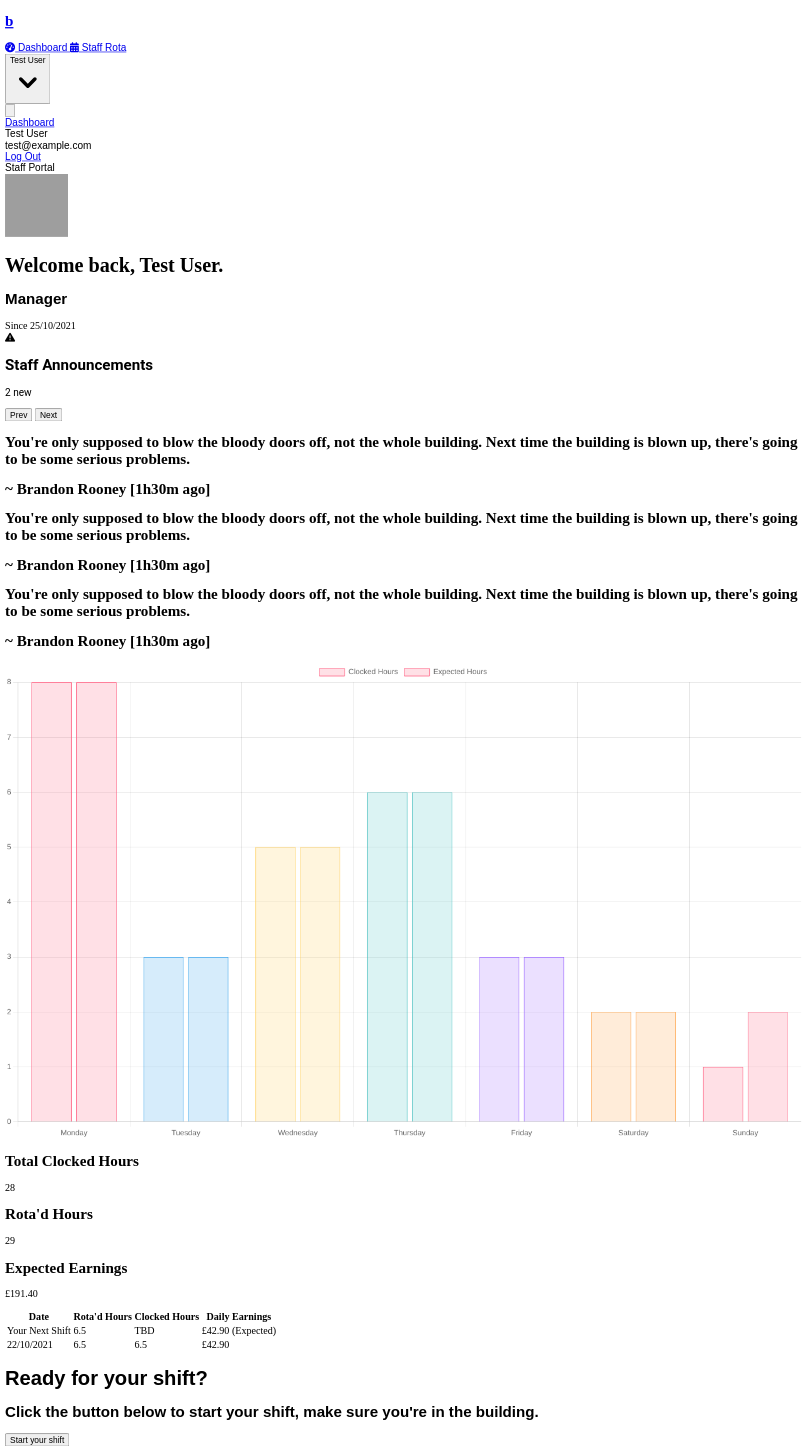
Repository: SimplyBrandon/blue-lounge
Page: http://localhost/dashboard
The author's editor kept a copy of each file at every save. The page is drawn from the files as they stood at one save, then again after the next save.
The browser window is 1280 px wide. The pictures show the whole page, at 63% of full size.
Pictures or frames that could not be fetched are drawn as grey boxes. Some web libraries are served in a nearby version. The page is served by the project's Laravel application, run on PHP 8.4 with Laravel 8. A made-up administrator, Test User (test@example.com), is signed in. Other server files are loaded and not shown.

Above is the page before, as saved 2021-10-25 21:27:47.

### routes/web.php
<?php

use Illuminate\Support\Facades\Route;

/*
|--------------------------------------------------------------------------
| Web Routes
|--------------------------------------------------------------------------
|
| Here is where you can register web routes for your application. These
| routes are loaded by the RouteServiceProvider within a group which
| contains the "web" middleware group. Now create something great!
|
*/

Route::get('/', function () {
    return view('welcome');
})->name('welcome');

Route::get('/dashboard', function () {
    return view('dashboard');
})->middleware(['auth'])->name('dashboard');

Route::get('/rota', function(){
    return view('staff.rota');
})->middleware(['auth'])->name('rota');

require __DIR__.'/auth.php';

### resources/views/dashboard.blade.php
@extends('layouts.app')

@section('content')
    <div class="flex flex-col max-w-7xl mx-auto px-4 pt-12 sm:px-6 lg:px-8">
        <div class="flex items-center">
            <img style="height: 100px; width: 100px" class="rounded-full" src="https://scontent-lcy1-2.xx.fbcdn.net/v/t1.6435-9/84535118_2234335966869824_9114908075222892544_n.jpg?_nc_cat=109&ccb=1-5&_nc_sid=174925&_nc_ohc=PrEuIakgkSUAX-vH-My&_nc_oc=AQl756Ga_89dfl1ea04bhESo-M_UvA54eUZ44fY09oV9l0hgbeK2ZOpLk8ZycNZk9_Q&_nc_ht=scontent-lcy1-2.xx&oh=06b37e2e49cc5251256a60e1cdaee3e6&oe=619D74C0"/>
            <div class="flex flex-col ml-10">
                <h1 class="text-3xl text-white">Welcome back, <strong>{{ Auth::user()->name }}</strong>.</h1>
                <h2 class="text-red-400 text-xl mt-1 tracking-wider" style="font-family: 'Quicksand', sans-serif">Manager</h2>
                <span class="text-sm text-gray-300">Since 25/10/2021</span>
            </div>
        </div>

    </div>
    <div class="flex items-start max-w-7xl mx-auto mt-10 px-4 sm:px-6 lg:px-8">
        <div class="flex flex-col flex-grow mr-10">
            <div class="flex flex-col bg-black bg-opacity-30 rounded-md mb-8 shadow-md">
                <div class="flex items-center w-full px-6 py-4 text-white text-sm font-semibold uppercase tracking-wider" style="font-family: 'Roboto', sans-serif">
                    <div class="flex items-center">
                        <i class="fa fa-exclamation-triangle mr-3"></i>
                        <h2>Staff Announcements</h2>
                    </div>
                    <div class="flex items-center ml-auto">
                        <p class="bg-red-400 text-white px-4 py-1 text-xs rounded-md mr-5">2 new</p>
                        <button type="button" id="prev-announcement" class="mr-3 uppercase font-semibold" prev-announcement>Prev</button>
                        <button type="button" id="next-announcement" class="uppercase font-semibold text-gray-500">Next</button>
                    </div>
                </div>
                <div class="flex flex-nowrap overflow-x-auto no-scrollbar" id="staff-announcements">
                    <div class="flex flex-col bg-white bg-opacity-5 rounded-b-md w-full flex-shrink-0">
                        <h2 class="text-white px-6 py-3">You're only supposed to blow the bloody doors off, not the whole building. Next time the building is blown up, there's going to be some serious problems.</h2>
                        <h2 class="text-gray-300 italic font-semibold px-6 pb-3">~ Brandon Rooney <span class="text-xs text-gray-50">[1h30m ago]</span></h2>
                    </div>
                    <div class="flex flex-col bg-white bg-opacity-5 rounded-b-md w-full flex-shrink-0">
                        <h2 class="text-white px-6 py-3">You're only supposed to blow the bloody doors off, not the whole building. Next time the building is blown up, there's going to be some serious problems.</h2>
                        <h2 class="text-gray-300 italic font-semibold px-6 pb-3">~ Brandon Rooney <span class="text-xs text-gray-50">[1h30m ago]</span></h2>
                    </div>
                    <div class="flex flex-col bg-white bg-opacity-5 rounded-b-md w-full flex-shrink-0">
                        <h2 class="text-white px-6 py-3">You're only supposed to blow the bloody doors off, not the whole building. Next time the building is blown up, there's going to be some serious problems.</h2>
                        <h2 class="text-gray-300 italic font-semibold px-6 pb-3">~ Brandon Rooney <span class="text-xs text-gray-50">[1h30m ago]</span></h2>
                    </div>
                </div>
            </div>

            <div class="flex flex-col w-full bg-white bg-opacity-5 rounded-md shadow-md p-10">
                <canvas id="myChart" width="400" height="240"></canvas>
                <div class="flex items-center mt-8 pb-4 border-b-2 border-white border-opacity-5">
                    <div class="flex flex-col w-1/3">
                        <h2 class="text-gray-300 text-sm">Total Clocked Hours</h2>
                        <p class="text-white font-bold text-3xl">28</p>
                    </div>
                    <div class="flex flex-col w-1/3 text-center">
                        <h2 class="text-gray-300 text-sm">Rota'd Hours</h2>
                        <p class="text-white font-bold text-3xl">29</p>
                    </div>
                    <div class="flex flex-col w-1/3 text-right">
                        <h2 class="text-gray-300 text-sm">Expected Earnings</h2>
                        <p class="text-white font-bold text-3xl">£191.40</p>
                    </div>
                </div>
                <div class="flex flex-col w-full">
                    <table class="w-full">
                        <thead class="border-b-2 border-opacity-5 border-white">
                            <tr>
                                <th class="text-left text-white py-3">Date</th>
                                <th class="text-left text-white py-3">Rota'd Hours</th>
                                <th class="text-right text-white py-3">Clocked Hours</th>
                                <th class="text-white py-3 text-right">Daily Earnings</th>
                            </tr>
                        </thead>
                        <tbody>
                            <tr class="font-semibold">
                                <td class="text-left text-white py-3 uppercase text-sm">Your Next Shift</td>
                                <td class="text-left text-white py-3">6.5</td>
                                <td class="text-right text-white py-3">TBD</td>
                                <td class="text-right text-white py-3">£42.90 (Expected)</td>
                            </tr>
                            <tr>
                                <td class="text-left text-gray-400 py-3">22/10/2021</td>
                                <td class="text-left text-gray-400 py-3">6.5</td>
                                <td class="text-right text-gray-400 py-3">6.5</td>
                                <td class="text-right text-gray-400 py-3">£42.90</td>
                            </tr>
                        </tbody>
                    </table>
                </div>
            </div>
        </div>
        <div class="flex flex-col" style="min-width: 340px;">
            <div class="flex flex-col bg-blue-400 rounded-md bg-opacity-20 justify-center p-10" style="font-family: 'Quicksand', sans-serif">
                <h1 class="font-semibold text-2xl text-white tracking-wider" style="font-family: 'Bebas Neue', sans-serif">Ready for your shift?</h1>
                <h2 class="text-gray-300 text-justify text-sm mt-2">Click the button below to start your shift, make sure you're in the building.</h2>

                <button type="button" class="bg-blue-400 hover:bg-blue-500 w-full mt-10 py-3 text-white text-sm uppercase font-semibold tracking-wide rounded-md shadow-md transition ease duration-200">Start your shift</button>
            </div>
        </div>
    </div>

    <script>
        $(document).ready(function(){
            let staffAnnouncements = $('#staff-announcements');
            staffAnnouncements.animate({
                scrollLeft: staffAnnouncements.get(0).scrollWidth
            }, 0);

            $('#next-announcement:not(.disabled)').on('click', function(){
                var leftPos = staffAnnouncements.scrollLeft();
                var announcementWidth = staffAnnouncements.find('.bg-white').width();

                let newPos = leftPos + announcementWidth;

                staffAnnouncements.stop().animate({
                    scrollLeft: newPos + 'px'
                }, 100);

                if(leftPos + announcementWidth > 0){
                    $('#prev-announcement').removeClass('disabled text-gray-500');
                }

                if(newPos + announcementWidth >= staffAnnouncements.get(0).scrollWidth){
                    $(this).addClass('disabled text-gray-500');
                }
            });

            $('#prev-announcement:not(.disabled)').on('click', function(){
                var leftPos = staffAnnouncements.scrollLeft();
                var announcementWidth = staffAnnouncements.find('.bg-white').width();

                let newPos = leftPos - announcementWidth;

                staffAnnouncements.stop().animate({
                    scrollLeft: newPos + 'px'
                }, 100);

                if(leftPos < staffAnnouncements.get(0).scrollWidth){
                    $('#next-announcement').removeClass('disabled text-gray-500');
                }

                if(leftPos - announcementWidth <= 0){
                    $(this).addClass('disabled text-gray-500');
                }
            });
        });


        var ctx = document.getElementById('myChart').getContext('2d');
        var myChart = new Chart(ctx, {
            type: 'bar',
            data: {
                labels: ['Monday', 'Tuesday', 'Wednesday', 'Thursday', 'Friday', 'Saturday', 'Sunday'],
                datasets: [{
                    label: 'Clocked Hours',
                    data: [8, 3, 5, 6, 3, 2, 1],
                    backgroundColor: [
                        'rgba(255, 99, 132, 0.2)',
                        'rgba(54, 162, 235, 0.2)',
                        'rgba(255, 206, 86, 0.2)',
                        'rgba(75, 192, 192, 0.2)',
                        'rgba(153, 102, 255, 0.2)',
                        'rgba(255, 159, 64, 0.2)'
                    ],
                    borderColor: [
                        'rgba(255, 99, 132, 1)',
                        'rgba(54, 162, 235, 1)',
                        'rgba(255, 206, 86, 1)',
                        'rgba(75, 192, 192, 1)',
                        'rgba(153, 102, 255, 1)',
                        'rgba(255, 159, 64, 1)'
                    ],
                    borderWidth: 1
                }, {
                    label: 'Expected Hours',
                    data: [8, 3, 5, 6, 3, 2, 2],
                    backgroundColor: [
                        'rgba(255, 99, 132, 0.2)',
                        'rgba(54, 162, 235, 0.2)',
                        'rgba(255, 206, 86, 0.2)',
                        'rgba(75, 192, 192, 0.2)',
                        'rgba(153, 102, 255, 0.2)',
                        'rgba(255, 159, 64, 0.2)'
                    ],
                    borderColor: [
                        'rgba(255, 99, 132, 1)',
                        'rgba(54, 162, 235, 1)',
                        'rgba(255, 206, 86, 1)',
                        'rgba(75, 192, 192, 1)',
                        'rgba(153, 102, 255, 1)',
                        'rgba(255, 159, 64, 1)'
                    ],
                    borderWidth: 1
                }]
            },
            options: {
                scales: {
                    y: {
                        beginAtZero: true
                    }
                }
            }
        });
    </script>
@endsection

### resources/views/layouts/app.blade.php
<!DOCTYPE html>
<html lang="{{ str_replace('_', '-', app()->getLocale()) }}">
    <head>
        <meta charset="utf-8">
        <meta name="viewport" content="width=device-width, initial-scale=1">
        <meta name="csrf-token" content="{{ csrf_token() }}">

        <title>{{ config('app.name', 'Laravel') }}</title>

        <!-- Fonts -->
        <link rel="stylesheet" href="https://fonts.googleapis.com/css2?family=Nunito:wght@400;600;700&display=swap">

        <!-- Styles -->
        <link rel="stylesheet" href="{{ asset('css/app.css') }}">
        @yield('styles')

        <!-- Scripts -->
        <script src="https://code.jquery.com/jquery-3.6.0.min.js" integrity="sha256-/xUj+3OJU5yExlq6GSYGSHk7tPXikynS7ogEvDej/m4=" crossorigin="anonymous"></script>
        <script src="{{ asset('js/app.js') }}" defer></script>
        <script type="text/javascript" src="https://cdn.jsdelivr.net/npm/chart.js@3.5.1/dist/chart.min.js"></script>
    </head>
    <body class="font-sans antialiased">
        <div class="min-h-screen bg-gray-900">
            @include('layouts.navigation')

            <!-- Page Heading -->
            <header class="pt-14 bg-gray-800 shadow">
                <div class="max-w-7xl mx-auto py-6 px-4 sm:px-6 lg:px-8 tracking-wide text-white text-2xl font-semibold" style="font-family: 'Quicksand', sans-serif">
                    @if(request()->routeIs('rota'))
                        {{ __('Staff Rota') }}
                    @elseif(request()->routeIs('dashboard'))
                        {{ __('Staff Portal') }}
                    @endif
                </div>
            </header>

            <!-- Page Content -->
            <main>
                @yield('content')
            </main>
        </div>

        <script type="text/javascript" src="{{ asset('js/parallax.min.js') }}"></script>
        <script src="https://kit.fontawesome.com/69ebd03f48.js" crossorigin="anonymous"></script>
        @yield('scripts')
    </body>
</html>

### resources/views/layouts/navigation.blade.php
<nav x-data="{ open: false }" class="bg-gray-800 border-b border-gray-900 fixed w-full" style="font-family: 'Quicksand', sans-serif">
    <!-- Primary Navigation Menu -->
    <div class="max-w-7xl mx-auto px-4 sm:px-6 lg:px-8">
        <div class="flex justify-between h-16">
            <div class="flex">
                <!-- Logo -->
                <div class="flex-shrink-0 flex items-center">
                    <a href="{{ route('dashboard') }}">
                        <h2 class="font-semibold text-blue-400 text-4xl" style="font-family: 'Righteous', cursive">b</h2>
                    </a>
                </div>

                <!-- Navigation Links -->
                <div class="hidden space-x-8 sm:-my-px sm:ml-10 sm:flex">
                    <x-nav-link :href="route('dashboard')" :active="request()->routeIs('dashboard')">
                        <i class="fa fa-tachometer mr-3"></i> {{ __('Dashboard') }}
                    </x-nav-link>
                    <x-nav-link :href="route('rota')" :active="request()->routeIs('rota')">
                        <i class="fa fa-calendar mr-3"></i> {{ __('Staff Rota') }}
                    </x-nav-link>
                </div>
            </div>

            <!-- Settings Dropdown -->
            <div class="hidden sm:flex sm:items-center sm:ml-6">
                <x-dropdown align="right" width="48">
                    <x-slot name="trigger">
                        <button class="flex items-center text-sm font-medium text-white hover:text-blue-400 hover:border-gray-300 focus:outline-none focus:text-blue-300 focus:border-gray-300 transition duration-150 ease-in-out">
                            <div>{{ Auth::user()->name }}</div>

                            <div class="ml-1">
                                <svg class="fill-current h-4 w-4" xmlns="http://www.w3.org/2000/svg" viewBox="0 0 20 20">
                                    <path fill-rule="evenodd" d="M5.293 7.293a1 1 0 011.414 0L10 10.586l3.293-3.293a1 1 0 111.414 1.414l-4 4a1 1 0 01-1.414 0l-4-4a1 1 0 010-1.414z" clip-rule="evenodd" />
                                </svg>
                            </div>
                        </button>
                    </x-slot>

                    <x-slot name="content">
                        <x-dropdown-link :href="route('welcome')">{{ __('Account Settings') }}</x-dropdown-link>
                        <div class="w-full h-px bg-gray-800"></div>
                        <form method="POST" action="{{ route('logout') }}">@csrf
                            <x-dropdown-link :href="route('logout')" onclick="event.preventDefault(); this.closest('form').submit();">
                                {{ __('Log Out') }}
                            </x-dropdown-link>
                        </form>
                    </x-slot>
                </x-dropdown>
            </div>

            <!-- Hamburger -->
            <div class="-mr-2 flex items-center sm:hidden">
                <button @click="open = ! open" class="inline-flex items-center justify-center p-2 rounded-md text-gray-400 hover:text-gray-500 hover:bg-gray-100 focus:outline-none focus:bg-gray-100 focus:text-gray-500 transition duration-150 ease-in-out">
                    <svg class="h-6 w-6" stroke="currentColor" fill="none" viewBox="0 0 24 24">
                        <path :class="{'hidden': open, 'inline-flex': ! open }" class="inline-flex" stroke-linecap="round" stroke-linejoin="round" stroke-width="2" d="M4 6h16M4 12h16M4 18h16" />
                        <path :class="{'hidden': ! open, 'inline-flex': open }" class="hidden" stroke-linecap="round" stroke-linejoin="round" stroke-width="2" d="M6 18L18 6M6 6l12 12" />
                    </svg>
                </button>
            </div>
        </div>
    </div>

    <!-- Responsive Navigation Menu -->
    <div :class="{'block': open, 'hidden': ! open}" class="hidden sm:hidden">
        <div class="pt-2 pb-3 space-y-1">
            <x-responsive-nav-link :href="route('dashboard')" :active="request()->routeIs('dashboard')">
                {{ __('Dashboard') }}
            </x-responsive-nav-link>
        </div>

        <!-- Responsive Settings Options -->
        <div class="pt-4 pb-1 border-t border-gray-200">
            <div class="px-4">
                <div class="font-medium text-base text-gray-800">{{ Auth::user()->name }}</div>
                <div class="font-medium text-sm text-gray-500">{{ Auth::user()->email }}</div>
            </div>

            <div class="mt-3 space-y-1">
                <!-- Authentication -->
                <form method="POST" action="{{ route('logout') }}">
                    @csrf

                    <x-responsive-nav-link :href="route('logout')"
                            onclick="event.preventDefault();
                                        this.closest('form').submit();">
                        {{ __('Log Out') }}
                    </x-responsive-nav-link>
                </form>
            </div>
        </div>
    </div>
</nav>

### resources/views/components/nav-link.blade.php
@props(['active'])

@php $classes = ($active ?? false) ? 'inline-flex items-center px-1 pt-1 text-sm font-medium leading-5 text-white focus:outline-none transition duration-150 ease-in-out' : 'inline-flex items-center px-1 pt-1 text-sm font-medium leading-5 text-gray-400 focus:outline-none transition duration-150 ease-in-out hover:text-blue-500'; @endphp

<a {{ $attributes->merge(['class' => $classes]) }}>
    {{ $slot }}
</a>

### resources/views/components/dropdown-link.blade.php
<a {{ $attributes->merge(['class' => 'block px-4 py-2 text-sm leading-5 text-gray-500 focus:outline-none hover:text-blue-400 transition duration-150 ease-in-out']) }}>{{ $slot }}</a>

### resources/views/components/dropdown.blade.php
@props(['align' => 'right', 'width' => '48', 'contentClasses' => 'py-1 bg-white'])

@php
switch ($align) {
    case 'left':
        $alignmentClasses = 'origin-top-left left-0';
        break;
    case 'top':
        $alignmentClasses = 'origin-top';
        break;
    case 'right':
    default:
        $alignmentClasses = 'origin-top-right right-0';
        break;
}

switch ($width) {
    case '48':
        $width = 'w-48';
        break;
}
@endphp

<div class="relative shadow-md" x-data="{ open: false }" @click.away="open = false" @close.stop="open = false">
    <div @click="open = ! open">
        {{ $trigger }}
    </div>

    <div x-show="open"
            x-transition:enter="transition ease-out duration-200"
            x-transition:enter-start="transform opacity-0 scale-95"
            x-transition:enter-end="transform opacity-100 scale-100"
            x-transition:leave="transition ease-in duration-75"
            x-transition:leave-start="transform opacity-100 scale-100"
            x-transition:leave-end="transform opacity-0 scale-95"
            class="absolute z-50 mt-2 {{ $width }} rounded-md shadow-lg {{ $alignmentClasses }}"
            style="display: none;"
            @click="open = false">
        <div class="bg-gray-900 border-gray-800 rounded-md ring-1 {{ $contentClasses }}">
            {{ $content }}
        </div>
    </div>
</div>

Loaded but not shown: routes/auth.php (common file); app/Models/User.php (common file); resources/views/components/responsive-nav-link.blade.php (common file); public/js/parallax.min.js (library); public/js/app.js (library)

After the next save:
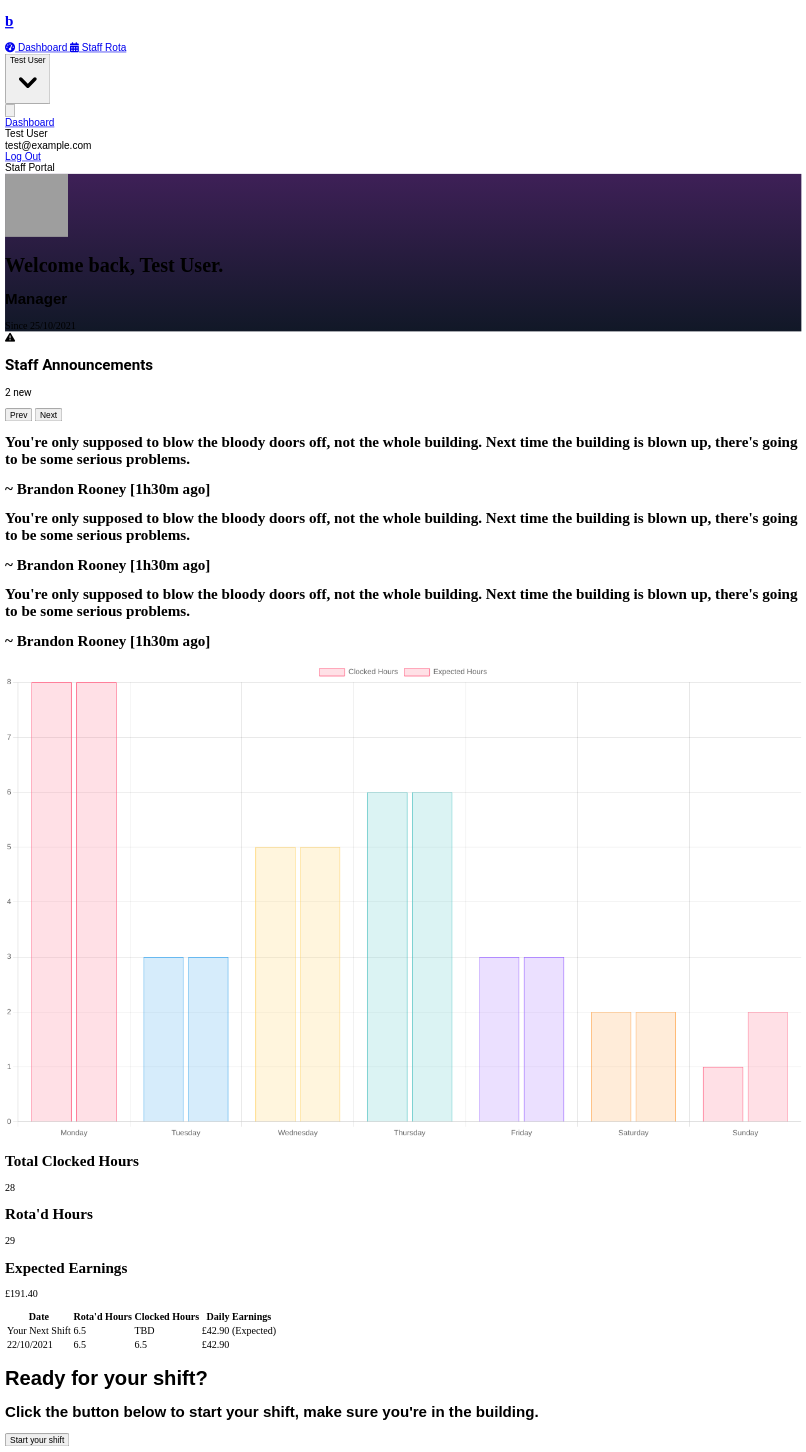
Saved 83 s later.
--- a/resources/views/dashboard.blade.php
+++ b/resources/views/dashboard.blade.php
@@ -2,7 +2,8 @@
 
 @section('content')
     <div class="flex flex-col max-w-7xl mx-auto px-4 pt-12 sm:px-6 lg:px-8">
-        <div class="flex items-center">
+        <div class="flex items-center" style="background: rgb(62,32,87);
+background: linear-gradient(180deg, rgba(62,32,87,1) 0%, rgba(17,24,39,1) 100%);">
             <img style="height: 100px; width: 100px" class="rounded-full" src="https://scontent-lcy1-2.xx.fbcdn.net/v/t1.6435-9/84535118_2234335966869824_9114908075222892544_n.jpg?_nc_cat=109&ccb=1-5&_nc_sid=174925&_nc_ohc=PrEuIakgkSUAX-vH-My&_nc_oc=AQl756Ga_89dfl1ea04bhESo-M_UvA54eUZ44fY09oV9l0hgbeK2ZOpLk8ZycNZk9_Q&_nc_ht=scontent-lcy1-2.xx&oh=06b37e2e49cc5251256a60e1cdaee3e6&oe=619D74C0"/>
             <div class="flex flex-col ml-10">
                 <h1 class="text-3xl text-white">Welcome back, <strong>{{ Auth::user()->name }}</strong>.</h1>
